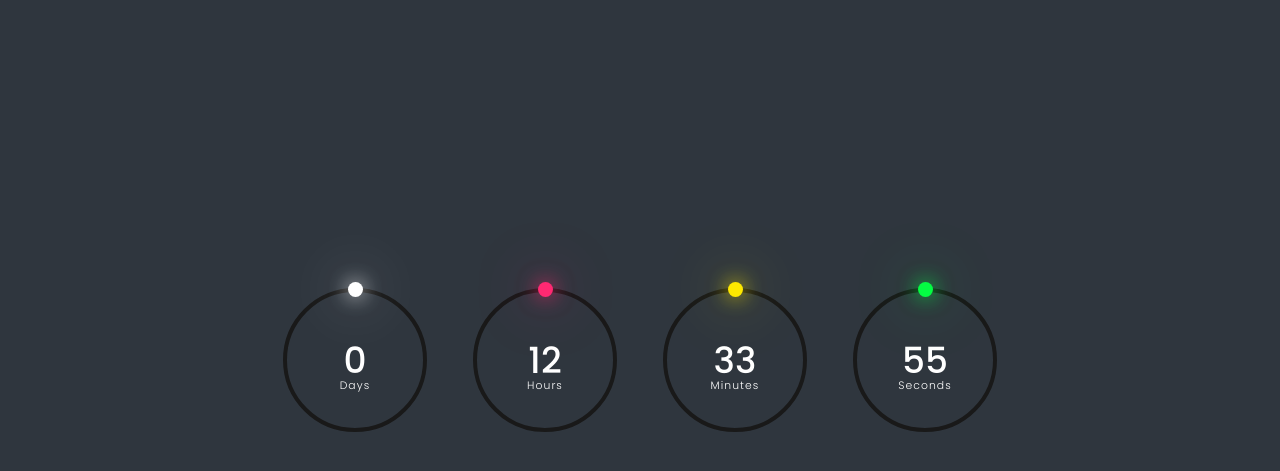
Repository: northpx/happyNY
Page: index.html
An editor plug-in stored every save of this project. The page is shown before and after a run of saves, followed by the edit.
The browser window is 1280 px wide. The pictures show the whole page.

Above is the page before, as saved 2022-12-31 11:38:06.

After the next 6 saves:
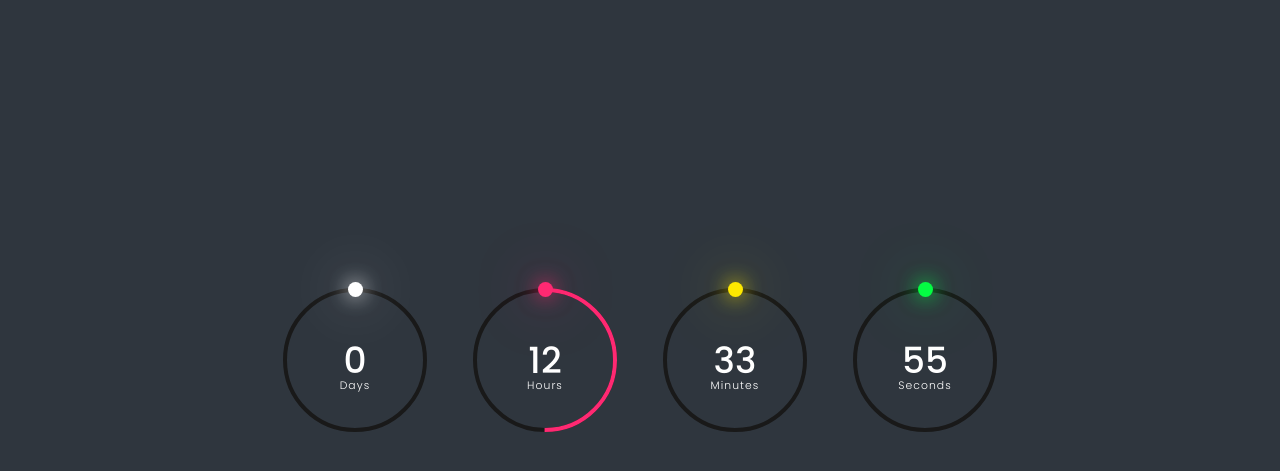
The 6 saves are shown as one change because they came seconds apart.
The last was saved 15 s later.
--- a/index.html
+++ b/index.html
@@ -78,7 +78,9 @@
             seconds.innerHTML = s + "<br><span>Seconds</span>"
 
             dd.style.strokeDashoffset = 440 - (440 * d) / 365
-            hh.style.strokeDashoffset = 440
+            hh.style.strokeDashoffset = 440 - (440 * h) / 24
+            hh.style.strokeDashoffset = 440 - (440 * h) / 24
+            hh.style.strokeDashoffset = 440 - (440 * h) / 24
         })
     </script>
 </body>
